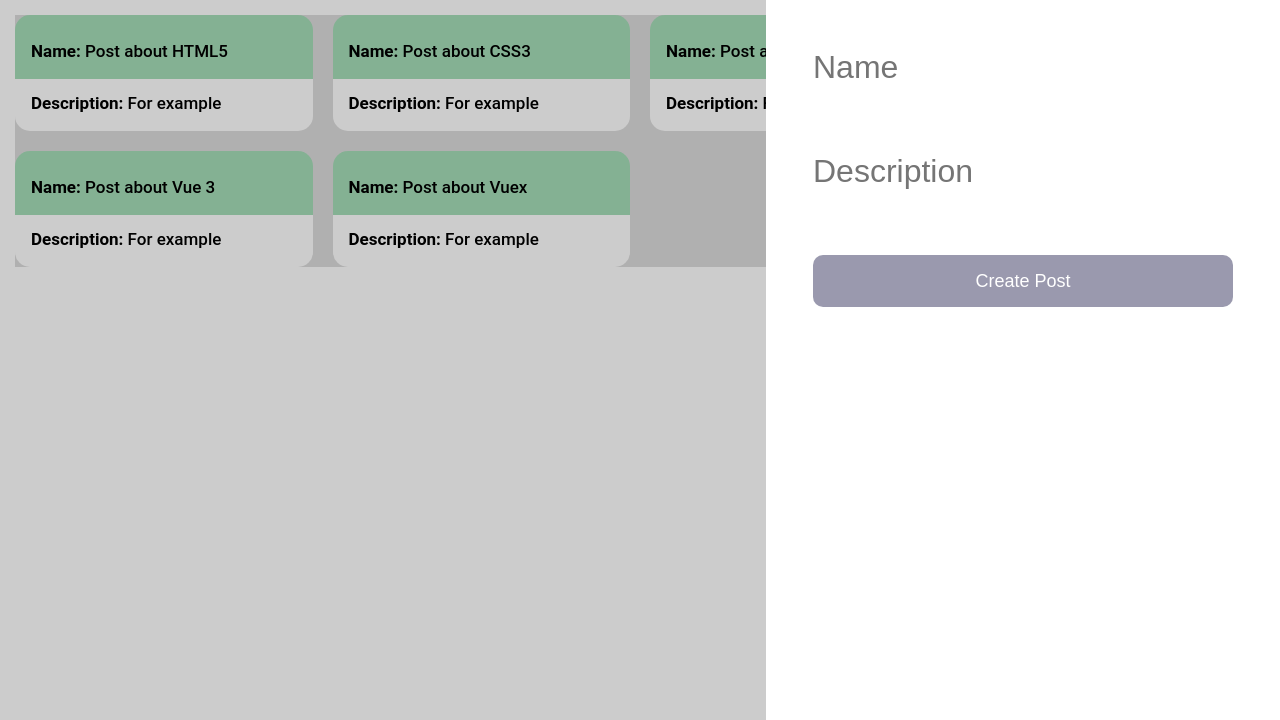
Repository: Axeliriya/vue-todo
Page: /
An editor plug-in stored every save of this project. The page is shown before and after the next save, followed by the edit.
The browser window is 1280 px wide. The pictures show the whole page.
The project was rebuilt for these pictures with package versions that can differ from the ones it lists, and the page was loaded fresh each time. Also part of the build but not shown: vue.config.js.

Above is the page before, as saved 2022-04-01 20:30:45.

### public/index.html
<!DOCTYPE html>
<html lang="">
  <head>
    <meta charset="utf-8">
    <meta name="viewport" content="width=device-width,initial-scale=1.0">
    <link rel="icon" href="<%= BASE_URL %>favicon.ico">
    <title>Todo</title>
  </head>
  <body>
    <div id="app"></div>
  </body>
</html>

### src/App.vue
<template>
  <div class="app">
    <post-list :posts="posts" />
    <post-modal><post-form @create="createPost" /></post-modal>
  </div>
</template>

<script>
import PostList from '@/components/PostList';
import PostModal from '@/components/PostModal';
import PostForm from '@/components/PostForm';

export default {
  components: {
    PostList,
    PostModal,
    PostForm,
  },
  data() {
    return {
      posts: [
        { id: Date.now(), title: 'Post about HTML5', body: 'For example' },
        { id: Date.now() + 1, title: 'Post about CSS3', body: 'For example' },
        { id: Date.now() + 2, title: 'Post about React', body: 'For example' },
        { id: Date.now() + 3, title: 'Post about Redux', body: 'For example' },
        { id: Date.now() + 4, title: 'Post about Vue 3', body: 'For example' },
        { id: Date.now() + 5, title: 'Post about Vuex', body: 'For example' },
      ],
    };
  },
  methods: {
    createPost(post) {
      this.posts.push(post);
    },
  },
};
</script>

<style>
* {
  margin: 0;
  padding: 0;
  box-sizing: border-box;
}

body {
  font-family: 'Roboto', sans-serif;
}

ul {
  list-style-type: none;
}

img {
  display: block;
  width: 100%;
  height: auto;
}

.app {
  padding: 15px;
}
</style>

### src/components/PostList.vue
<template>
  <ul class="posts">
    <post-item :posts="posts" />
  </ul>
</template>

<script>
import PostItem from '@/components/PostItem';

export default {
  components: {
    PostItem,
  },
  props: {
    posts: {
      type: Array,
      required: true,
    },
  },
};
</script>

<style scoped>
.posts {
  display: grid;
  grid-template-columns: repeat(4, 1fr);
  gap: 20px;
  background-color: gainsboro;
}
</style>

### src/components/PostModal.vue
<template>
  <div class="overlay">
    <div class="modal">
      <slot></slot>
    </div>
  </div>
</template>

<script>
export default {};
</script>

<style scoped>
.overlay {
  position: fixed;
  top: 0;
  left: 0;
  width: 100%;
  height: 100vh;
  background-color: rgb(0, 0, 0, 0.2);
  display: flex;
  justify-content: end;
}

.modal {
  padding: 15px;
  background-color: #fff;
}
</style>

### src/components/PostForm.vue
<template>
  <form class="form" @submit.prevent>
    <input v-model="post.title" class="input" type="text" placeholder="Name" />
    <input
      v-model="post.body"
      class="input"
      type="text"
      placeholder="Description"
    />
    <div @click="createPost" class="button__wrapper">
      <button class="button" @click="createPost">Create Post</button>
    </div>
  </form>
</template>

<script>
export default {
  data() {
    return {
      post: {
        title: '',
        body: '',
      },
    };
  },
  methods: {
    createPost() {
      this.post.id = Date.now();
      this.$emit('create', this.post);
      this.post = {
        title: '',
        body: '',
      };
    },
  },
};
</script>

<style scoped>
.form {
  display: grid;
  grid-template-columns: 1fr;
}

.input {
  background-color: transparent;
  border: none;
  padding: 32px;
  font-weight: 400;
  font-size: 32px;
  line-height: 40px;
}

.button__wrapper {
  padding: 32px;
}

.button {
  width: 100%;
  border: none;
  background: rgb(3, 2, 53, 0.4);
  border-radius: 10px;
  padding: 16px;
  color: #ffffff;
  font-weight: 500;
  font-size: 18px;
  line-height: 20px;
  cursor: pointer;
}

.button:hover {
  background: rgb(3, 2, 53, 0.5);
}
</style>

### src/components/PostItem.vue
<template>
  <li class="post" v-for="post in posts">
    <div class="post__name"><strong>Name: </strong>{{ post.title }}</div>
    <div class="post__description">
      <strong>Description: </strong>{{ post.body }}
    </div>
  </li>
</template>

<script>
export default {
  props: {
    posts: {
      type: Array,
      required: true,
    },
  },
};
</script>

<style scoped>
.post {
  border-radius: 15px;
  font-weight: 500;
  font-size: 17px;
  line-height: 24px;
}

.post__name {
  padding: 24px 16px 16px 16px;
  border-radius: 15px 15px 0 0;
  background-color: #a5ddb8;
}

.post__description {
  padding: 12px 16px 16px 16px;
  border-radius: 0 0 15px 15px;
  background-color: #ffffff;
}
</style>

Loaded but not shown: src/main.js (common file)

After the next save:
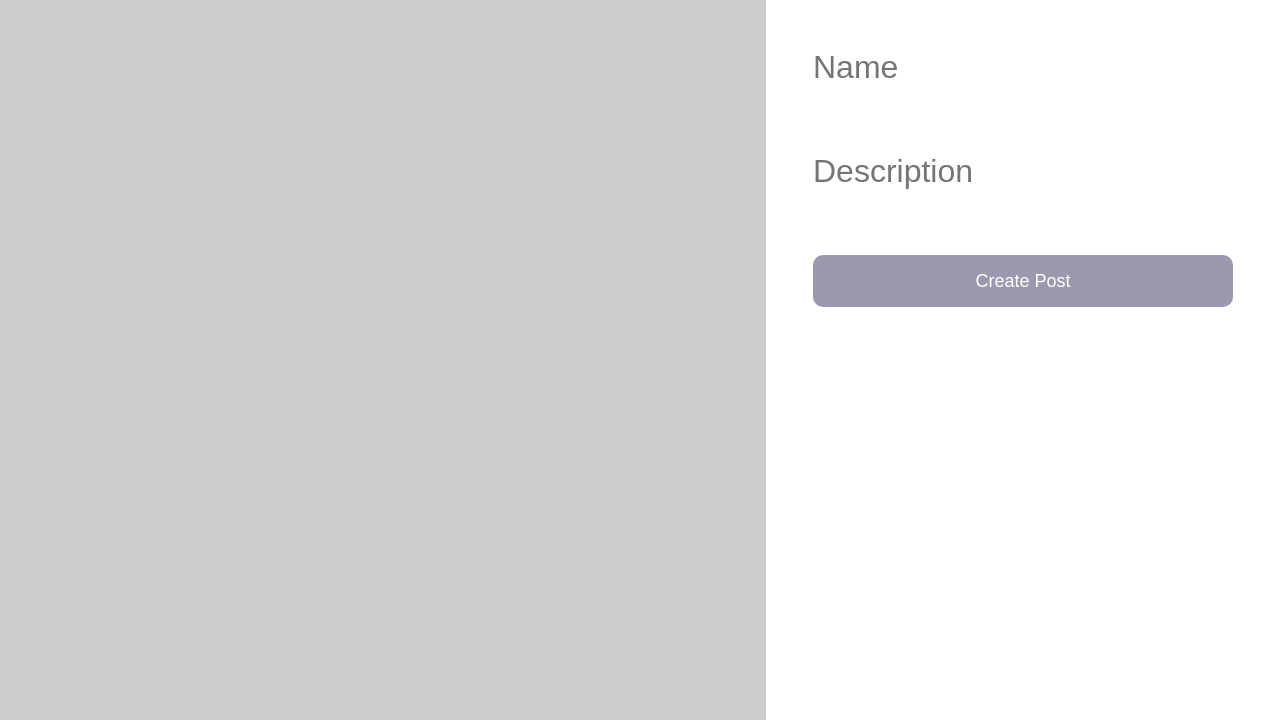
Saved 6 min 23 s later.
--- a/src/components/PostItem.vue
+++ b/src/components/PostItem.vue
@@ -10,8 +10,8 @@
 <script>
 export default {
   props: {
-    posts: {
-      type: Array,
+    post: {
+      type: Object,
       required: true,
     },
   },

After the 3 saves that followed:
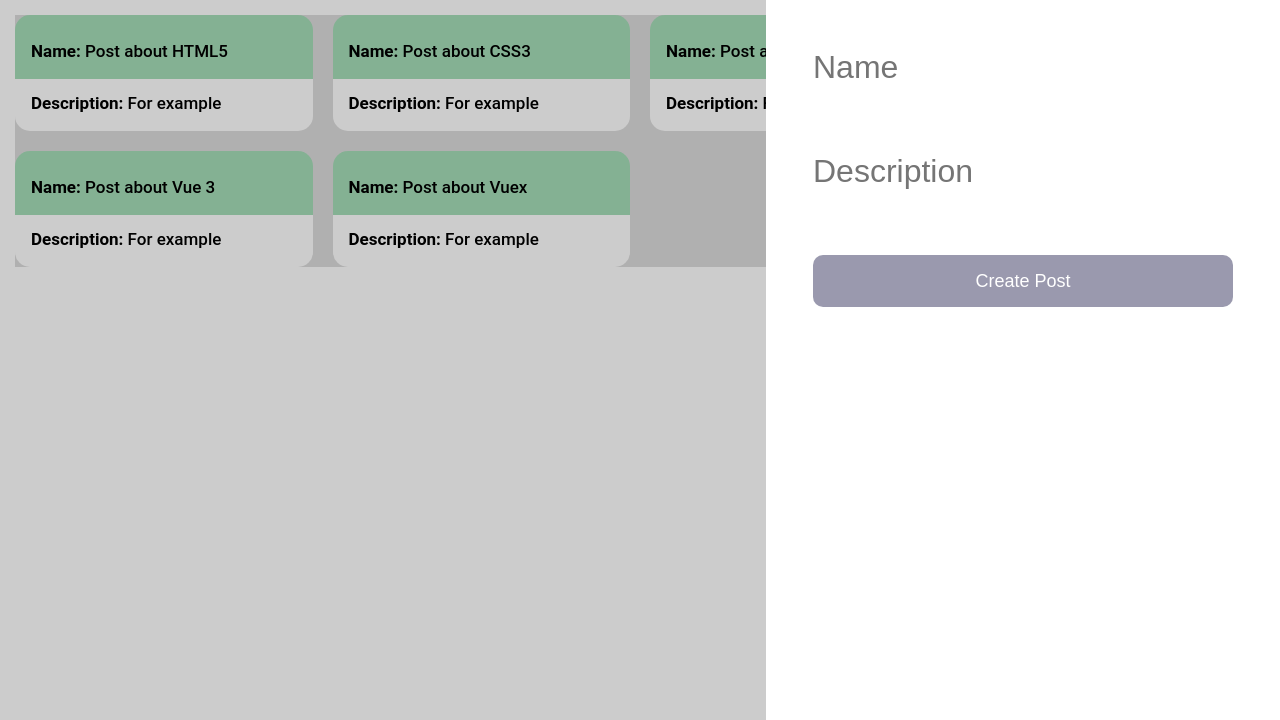
The 3 saves are shown as one change because 2 did not build or start.
The last was saved 118 s later.
--- a/src/components/PostList.vue
+++ b/src/components/PostList.vue
@@ -1,6 +1,6 @@
 <template>
   <ul class="posts">
-    <post-item :posts="posts" />
+    <post-item :posts="posts" v-for="post in posts" :post="post" />
   </ul>
 </template>
 
--- a/src/components/PostItem.vue
+++ b/src/components/PostItem.vue
@@ -1,5 +1,5 @@
 <template>
-  <li class="post" v-for="post in posts">
+  <li class="post">
     <div class="post__name"><strong>Name: </strong>{{ post.title }}</div>
     <div class="post__description">
       <strong>Description: </strong>{{ post.body }}
